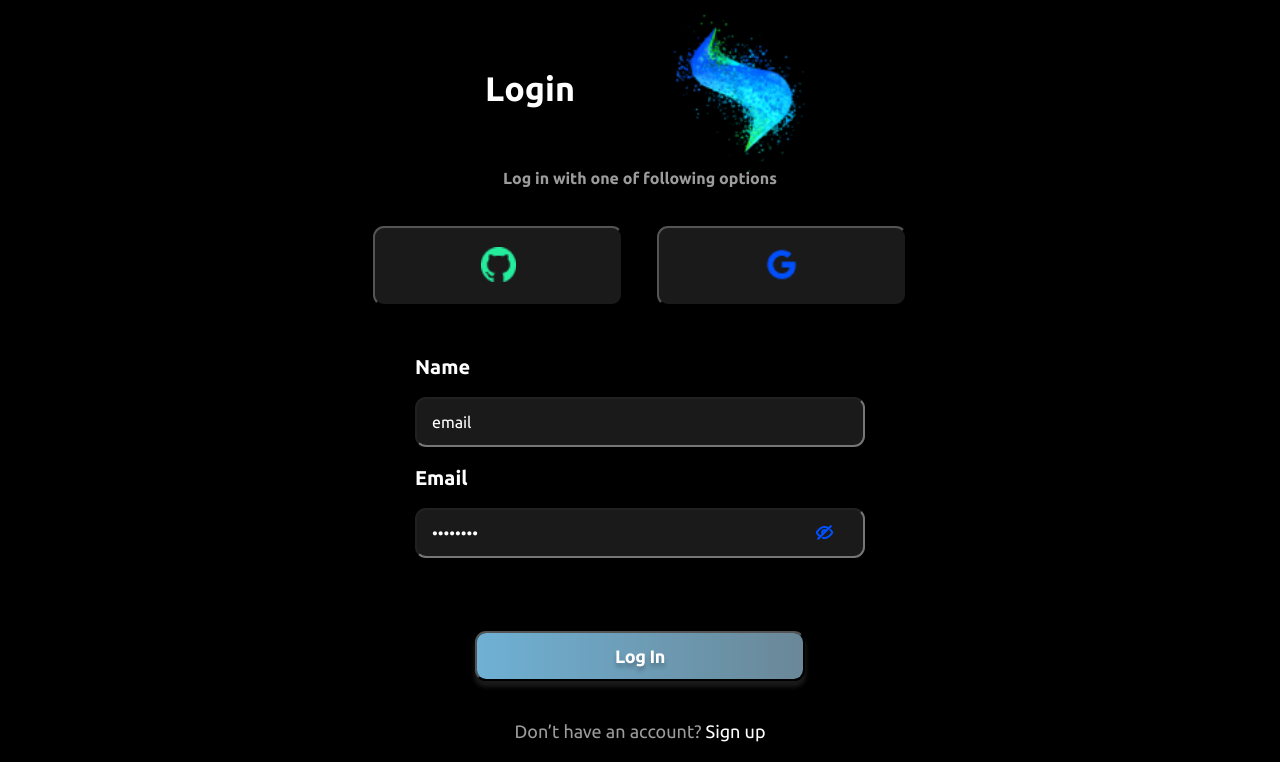
Repository: Cherced/QuanticFilms
Page: /login
An editor plug-in stored every save of this project. The page is shown before and after the next save, followed by the edit.
The browser window is 1280 px wide. The pictures show the whole page.
The page's requests for data from a server got no answer. The project was rebuilt for these pictures with package versions that can differ from the ones it lists, and the page was loaded fresh each time. The framework's server and built-in components were replaced by stand-ins that run in the browser. No one was signed in, and anything a server would have sent is missing. Also part of the build but not shown: components/atoms/HeaderFloat.jsx, components/atoms/InputBasicAccont.jsx, components/atoms/InputBasicAccontPassword.jsx.

Above is the page before, as saved 2022-06-10 11:48:46.

### pages/_app.js
import '../sass/global.scss'
import {SessionProvider} from 'next-auth/react'



function MyApp({ Component, pageProps }) {
  return <SessionProvider>
            <Component {...pageProps} />
        </SessionProvider>
  }

export default MyApp

### pages/login.jsx
import React from 'react'
import { ButtonColors } from '../components/atoms/ButtonColors'
import { HeaderFloat } from '../components/atoms/HeaderFloat'
import {ButtonsAccesBySM} from '../components/molecules/ButtonsAccesBySM'
import { LoginForm } from '../components/molecules/LoginForm'
import  { useRouter } from 'next/router'
import {useSession, signIn } from 'next-auth/react'


const Login = () => {

  const { data: session, status } = useSession()
  const router = useRouter();

  if(status !== 'loading' && status === 'authenticated'){
      router.push('/home')
  }

  return (
    <div className="loginContainer">
         <div className="headerLogin">
           <h1>Login</h1>
        <img src="/images/brandLogoHeader.png" alt="BrandLogo"/>
        </div>
        <p className="parragaphAccount">Log in with one of following options</p>
        <ButtonsAccesBySM pathG={()=> signIn('github')} pathGO={()=> signIn('google')} img1={"/images/mac.png"} img2={"/images/google.png"} alt="mediaLink" />
        <LoginForm />
        <div className="principalButtonLogin">
        <ButtonColors path={"customization"} title="Log In" />
        <p className="parragaphAccountLogin">Don’t have an account? <a onClick={() => router.push("signUp")}>Sign up</a></p>
        </div>
    </div>
  )
}

export default Login

### sass/global.scss
@import "./vars";
@import "./components";
@import "./pages/start";
@import "./pages/login";
@import "./pages/signUp";
@import "./pages/costumization";
@import "./pages/home";
@import "./pages/account";

### components/atoms/ButtonColors.jsx
import React from 'react'
import { useRouter } from 'next/router'

export const ButtonColors = (props) => {
    const router = useRouter()
  return (
    <button onClick={() => router.push(`/${props.path}`)}>{props.title}</button>
  )
}

### components/molecules/ButtonsAccesBySM.jsx
import React from 'react'
import { ButtonAccount } from '../atoms/ButtonAccount'

export const ButtonsAccesBySM = (props) => {
  return (
    <div className="buttonsAccesBySM">
        <ButtonAccount path={props.pathG} img={props.img1} alt={props.alt} />
        <ButtonAccount path={props.pathGO} img={props.img2} alt={props.alt} />
    </div>
  )
}

### components/molecules/LoginForm.jsx
import React from 'react'
import { InputBasicAccont } from '../atoms/InputBasicAccont'
import { InputBasicAccontPassword} from '../atoms/InputBasicAccontPassword'

export const LoginForm = () => {
  return (
    <form className="formContainer">
        <div className="inputBasicAccont">
        <h1>Name</h1>
        <input type="text" value="email" name="email" autoComplete="off"  />
        <h1>Email</h1>
        <div className="passwordInput">
        <input type="password" value="password" name="email" autoComplete="off" />
        <img src="/images/checkedPassword.png" alt="icon-check"/>
        </div>
        </div>

    </form>
  )
}

### sass/_vars.scss
@import url('https://fonts.googleapis.com/css2?family=Ubuntu:ital,wght@0,300;0,400;0,500;0,700;1,300;1,400;1,500;1,700&display=swap');

$FontTitle: 'Ubuntu', sans-serif;

*{
    margin: 0;
    padding: 0;
    box-sizing: border-box;
}

body{
    background: black;
}
// forms Position
.formContainer{
    margin-top: 25px;
    width: 100%;
    display: flex;
    flex-direction: column;
    align-items: center;

}

//pruebas::after

.pruebas{
    min-width: 100vw;
    min-height: 100vh;
    box-sizing: border-box;
    margin: auto;
    padding: 0px;
    display: flex;
    justify-content: center;
    align-items: center;
    flex-direction: column;
}

### sass/_components.scss
@import "./mixxins";
@import "./components/headerFloat";
@import "./components/buttonsAccesBySM";
@import "./components/inputBasicAccount";
@import "./components/welcomeAnimation";
@import "./components/FilterSearch";
@import "./components/buttonAddCategory";
@import "./components/sliderInfinite";
@import "./components/sliderSmallCase";
@import "./components/filterByOptions";
@import "./components/progressBar";
@import "./components/userInfo";
@import "./components/logOut";
@import "./components/footer";

### sass/_mixxins.scss
@mixin ButtonColors {
    button {
        width: 330px;
        height: 50px;
        background: linear-gradient(270deg, #000000, #15adff, #25ed9e, #313a35, #000000);
        background-size: 1000% 1000%;
        -webkit-animation: AnimationName 10s ease infinite;
        -moz-animation: AnimationName 10s ease infinite;
        animation: AnimationName 10s ease infinite;
        box-shadow: 0px 5px 4px 1px #1A1A1A, inset 0px 4px 4px 629px rgba(255, 255, 255, 0.4);
        border-radius: 11px;
        color: whitesmoke;
        font-family: $FontTitle;
        font-style: normal;
        font-weight: 700;
        font-size: 18px;
        line-height: 21px;
        letter-spacing: -0.02em;
        color: #FFFFFF;
        text-shadow: 0px 4px 4px rgba(0, 0, 0, 0.25);
    }

    @media screen and (max-width: 320px) {
        button {
            width: 280px;
        }
    }

    @media screen and (max-width: 320px) and (max-height: 372px) {
        button {
            width: 280px;
        }
    }

    @-webkit-keyframes AnimationName {
        0% {
            background-position: 0% 50%
        }

        50% {
            background-position: 100% 50%
        }

        100% {
            background-position: 0% 50%
        }
    }

    @-moz-keyframes AnimationName {
        0% {
            background-position: 0% 50%
        }

        50% {
            background-position: 100% 50%
        }

        100% {
            background-position: 0% 50%
        }
    }

    @keyframes AnimationName {
        0% {
            background-position: 0% 50%
        }

        50% {
            background-position: 100% 50%
        }

        100% {
            background-position: 0% 50%
        }
    }
}

### sass/components/_headerFloat.scss
.headerText {
    display: flex;
    align-items: center;
    height: 95px;
    padding: 20px 0 0 0;

    .headerNavText {
        margin: 0 20px;

        button {
            background-color: transparent;
            border-radius: 50px;
        }
    }

    h1 {
        font-family: 'Ubuntu';
        font-style: normal;
        font-weight: 700;
        font-size: 24px;
        line-height: 28px;
        /* identical to box height */


        color: #FFFFFF;

    }

    .BrandIcon {
        position: absolute;
        top: 10px;
        left: 226px;
        z-index: 1;
    }
}

.headerJustBack {
    display: flex;
    align-items: center;
    height: 55px;
    padding: 20px 0 0 0;

    .headerNavText {
        margin: 0 20px;

        button {
            background-color: transparent;
            border-radius: 50px;
        }
    }

    .BrandIcon {
        display: none;
    }
}

@media screen and (min-width: 375px) {
    .headerText {
        .BrandIcon {
            left: 210px;
        }
    }
}

### sass/components/_buttonsAccesBySM.scss
.buttonsAccesBySM {
    width: 100%;
    margin-top: 40px;
    display: flex;
    justify-content: space-evenly;

    button {
        width: 160px;
        height: 60px;
        background: rgba(255, 255, 255, 0.1);
        box-shadow: 0px 4px 4px rgba(0, 0, 0, 0.25);
        backdrop-filter: blur(4px);
        border-radius: 11px;
    }
}

@media screen and (max-width: 320px) {
    .buttonsAccesBySM {
        margin-top: 30px;
        justify-content: space-evenly;
        button {
            width: 140px;
        }
    }
}


@media screen and (min-width: 414px) {
    .buttonsAccesBySM {
        margin-top: 50px;
        justify-content: space-evenly;
        button {
            width: 180px;
            height: 70px;
            img{
                width: 30px;
            }
        }
    }
}


@media screen and (min-width: 768px) {
    .buttonsAccesBySM {
        margin-top: 80px;
        justify-content: space-evenly;
        button {
            width: 340px;
            height: 90px;
            img{
                width: 35px;
            }
        }
    }
}


@media screen and (min-width: 1024px) {
    .buttonsAccesBySM {
        margin-top: 40px;
        justify-content: space-evenly;
        width: 600px;
        button {
            width: 250px;
            height: 80px;
            img{
                width: 35px;
            }
        }
    }
}

### sass/components/_inputBasicAccount.scss
.inputBasicAccont {
    h1 {
        font-family: 'Ubuntu';
        font-style: normal;
        font-weight: 700;
        font-size: 18px;
        line-height: 21px;
        color: #FFFFFF;
        margin-top: 10px;
    }

    input {
        width: 330px;
        height: 40px;
        font-family: 'Ubuntu';
        font-style: normal;
        font-weight: 400;
        font-size: 14px;
        line-height: 16px;
        color: #FFFFFF;
        background: rgba(255, 255, 255, 0.1);
        box-shadow: 0px 4px 4px rgba(0, 0, 0, 0.25);
        backdrop-filter: blur(4px);
        border-radius: 11px;
        margin-top: 20px;
        padding-left: 15px;
    }

    .passwordInput {
        width: 330px;

        img {
            position: relative;
            right: -290px;
            top: -30px
        }

        input {
            width: 330px;
            height: 40px;
            font-family: 'Ubuntu';
            font-style: normal;
            font-weight: 400;
            font-size: 14px;
            line-height: 16px;
            color: #FFFFFF;
            background: rgba(255, 255, 255, 0.1);
            box-shadow: 0px 4px 4px rgba(0, 0, 0, 0.25);
            backdrop-filter: blur(4px);
            border-radius: 11px;
            margin-top: 20px;
            padding-left: 15px;
        }
    }
}

@media screen and (max-width: 320px) {
    .inputBasicAccont {
        input {
            width: 280px;
        }

        .passwordInput {
            width: 280px;

            img {
                position: relative;
                right: -245px;
                top: -30px
            }

            input {
                width: 280px;
            }
        }
    }

}


@media screen and (min-width: 414px) {
    .inputBasicAccont {
        input {
            width: 350px;
        }

        .passwordInput {
            width: 350px;

            img {
                position: relative;
                right: -310px;
                top: -30px
            }

            input {
                width: 350px;
            }
        }
    }

}


@media screen and (min-width: 768px) {
    .inputBasicAccont {
        h1 {
            margin-top: 20px;
            font-size: 20px;
        }

        input {
            width: 450px;
            height: 50px;
            font-size: 16px;
        }

        .passwordInput {
            width: 450px;

            img {
                position: relative;
                right: -400px;
                top: -35px
            }

            input {
                width: 450px;
                height: 50px;
                font-size: 16px;
            }
        }
    }
}

### sass/components/_FilterSearch.scss
.FilterSearch {
    width: 280px;
    height: 45px;
    box-shadow: 0px 4px 4px rgba(0, 0, 0, 0.25), 0px 4px 4px rgba(255, 255, 255, 0.25);
    border-radius: 18px;
    animation: shadownText 3s ease-in-out infinite;
    input {
        padding-left: 50px;
        width: 100%;
        height: 45px;
        background: #1A1A1A;
        box-shadow: 0px 4px 4px rgba(0, 0, 0, 0.25);
        backdrop-filter: blur(4px);
        border-radius: 22px;
        color: #FFFFFF;
    }

    button {
        width: 35px;
        height: 35px;
        position: relative;
        top: -40px;
        left: 10px;
        border-radius: 46px;

        img {
            background: #1A1A1A;
            width: 100%;
            height: 100%;
            border-radius: 20px;
        }

    }
}
@media screen and (min-width: 375px) {
    .FilterSearch{
        width: 300px;
    }

}


@media screen and (min-width: 768px) {
    .FilterSearch{
        width: 450px;
    }
}

### sass/components/_buttonAddCategory.scss
.PopularCategoriesContainer {
    width: 95%;
    height: auto;
    display: flex;
    flex-direction: row;
    flex-wrap: wrap;
    justify-content: space-evenly;

    .ButtonAddCategorie {
        display: flex;
        justify-content: space-evenly;
        align-items: center;
        width: auto;
        height: auto;
        background: #1A1A1A;
        box-shadow: 0px 4px 4px rgb(0 0 0 / 25%);
        border-radius: 30px;
        font-family: "Ubuntu", sans-serif;
        font-style: normal;
        font-weight: 500;
        font-size: 17px;
        line-height: 18px;
        text-align: center;
        letter-spacing: -0.165px;
        color: #FFFFFF;
        margin: 15px 0;
        padding: 5px;
        box-shadow: 0px 4px 4px rgba(0, 0, 0, 0.25), 0px 4px 4px rgba(255, 255, 255, 0.35);
        border-radius: 18px;
        animation: shadownText 10s ease-in-out infinite;
        img {
            padding-left: 20px;
        }

    }
}
@media screen and (min-width: 375px){
    .PopularCategoriesContainer{
        margin-top: 30px;
    }
}

@media screen and (min-width: 414px){
    .PopularCategoriesContainer{
        margin-top: 50px;
    }
}

### sass/components/_sliderInfinite.scss
.sliderInfiniteMoviesContainer {
    margin: 50px 0;
    width: 100%;
    max-width: 400px;
    overflow: hidden;

    .sliderContent {
        display: flex;
        width: 2000%;
        height: 400px;
        margin-left: -100%;
        .sliderContentItem__image {
            width: 100%;
            background: transparent;
            border: none;
            .sliderImg {
                display: block;
                width: 100%;
                height: 100%;
                object-fit: contain;
                border-radius: 200px;
            }
        }
    }

    .slider--BTN {
        position: relative;
        width: 40px;
        height: 40px;
        background: rgba(255, 255, 255, 0.7);
        top: 20px;
        transform: translateY(-50%);
        border-radius: 50%;
        cursor: pointer;
        z-index: 1;
        font-size: 30px;
        font-weight: bold;
        font-family: 'Ubuntu';
    }

    .slider--BTN:hover {
        background: rgba(255, 255, 255, 0.9);
    }

    .btn--lf {
        left: 50px;
    }

    .btn--rg {
        left: 250px;
    }
}

### sass/components/_filterByOptions.scss
.filterByOptionsContainer {
    width: 90%;
    display: flex;
    margin: 30px 0;


    .switchByOptions {
        background: transparent;
        border-radius: 50px;
        width: 32px;
        height: 32px;
        margin-left: 47%;
        transition: all 1.3s ease;
    }

    .filterSelectsThree {
        width: 0;
        display: flex;
        flex-direction: row;
        opacity: 0;
        justify-content: space-between;
        transition: 1s ease;
        .optionFilter {
            width: auto;
            height: 30px;
            padding: 0 8px;

            select {
                padding: 5px;
                border-radius: 30px;
                border: 1px solid transparent;
                width: 100%;
                height: 100%;
                color: #FFFFFF;
                background: #1A1A1A;
                box-shadow: 0px 4px 4px rgba(0, 0, 0, 0.25);
                animation: shadownText 5s ease-in-out infinite;
                background: #1A1A1A;
                box-shadow: 0px 4px 4px rgba(0, 0, 0, 0.25), inset 0px 4px 4px rgba(0, 0, 0, 0.25);
            }
        }

    }
}

### sass/components/_progressBar.scss

.container-bar {
	flex-direction: column;
	display: flex;
	align-items: center;
	justify-content: center;

}

.progress {
	background-color: rgba(37, 40, 54, 0.8);
	border-radius: 20px;
	position: relative;
	height: 43px;
	width: 308px;
    padding: 6px 8px 0 8px;
}

.progress-bar {
	background:#E7E1E1;
	border-radius: 20px;
	height: 30px;
	width: 0;
	transition: 1s ease 0.3s;
}

### sass/components/_userInfo.scss
.accountContent {
    padding: 0;
    margin: 0;
    width: 100%;
    height: 100%;
    margin-top: 20px;

    .userAvatar {
        display: flex;
        flex-direction: column;
        align-items: center;
        justify-content: center;

        img {
            width: 250px;
            height: 250px;
            border-radius: 50%;
            margin-bottom: 20px;
            object-fit: cover;
            box-shadow: 0px 5px 4px 1px #1A1A1A, inset 0px 4px 4px 629px rgba(255, 255, 255, 0.4);
        }

        h1 {
            color: #FFFFFF;
            font-family: 'Ubuntu';
            animation: shadownText 3s ease-in-out infinite;
        }

    }
}

### sass/components/_logOut.scss
.logOut{
    display: flex;
    flex-direction: row;
    align-items: center;
    justify-content: center;
    width: 300px;
    height: 100px;
    h1{
        margin-bottom: 30px;
        color: #FFFFFF;
        font-family: 'Ubuntu';
        animation: shadownText 3s ease-in-out infinite;
    }
    img{
        padding: 10px;
    }
}

### sass/components/_footer.scss
.footerContainer{
    margin-top: 35px;
    width: 100%;
    height: 70px;
    border-radius: 50px 50px 0 0;
    background-color: #1A1A1A;
    display: flex;
    justify-content: space-evenly;
    align-items: center;
    button{
        width: 40px;
        height: 40px;
        background-color: #1A1A1A;
        border-radius: 50%;
    }
}

### sass/pages/_costumization.scss
.customizationContainer {
    width: 100%;
    background-color: black;
    display: flex;
    flex-direction: column;
    align-items: center;
    color: white;

    .titleSelects {
        width: 100%;
        height: 50px;
        display: flex;
        align-items: flex-start;
        flex-direction: column;
        font-family: 'Ubuntu', sans-serif;
        font-style: normal;
        font-weight: 700;
        font-size: 20px;
        line-height: 18px;
        text-align: center;
        letter-spacing: -0.165px;
        color: #FFFFFF;
        padding-left: 30px;
        margin: 30px 0 5px 0;
    }

    .textIntroContainer {
        display: flex;
        justify-content: center;
        flex-direction: column;
        margin-top: 40px;

        h1 {
            color: white;
            font-family: 'Ubuntu';
            font-style: normal;
            font-weight: 700;
            font-size: 20px;
            line-height: 18px;
            text-align: center;
            letter-spacing: -0.165px;
            color: #FFFFFF;
            animation: shadownText 3s ease-in-out infinite;
        }


        .parragaphAccount {
            color: #9C9C9C;
            font-style: normal;
            font-weight: 400;
            font-size: 13px;
            line-height: 15px;
            font-family: 'Ubuntu', sans-serif;
            font-weight: bold;
            margin-top: 20px;
            padding: 20px 40px;
            text-align: center;
        }
    }

    .PopularActorsContainer {
        width: 100%;
        overflow-y: hidden;
        overflow-x: scroll;
        scroll-behavior: smooth;
        display: flex;
        flex-direction: row;
        align-items: center;
        justify-content: flex-start;

        .AutorShowerCard {
            height: 170px;
            margin: 0 20px;
            display: flex;
            flex-direction: column;
            align-items: center;
            justify-content: space-evenly;

            img {
                object-fit: cover;
                width: 79px;
                height: 79px;
                border-radius: 50%;
            }

            p {
                height: 40px;
                font-family: 'Ubuntu', sans-serif;
                font-style: normal;
                font-weight: 300;
                font-size: 12px;
                line-height: 18px;
                text-align: center;
                letter-spacing: -0.165px;
                color: #FFFFFF;
            }
        }
    }

    .nextButton {
        position: relative;
        right: -120px;
        margin: 25px 0;
        width: 65px;
        height: 65px;
        background: transparent;
        border-radius: 50%;
        background-image: url("../../public/images/next.png");
        background-size: cover;
        background-position: center;
        background-repeat: no-repeat;
        cursor: pointer;
    }

}

@media screen and (min-width: 390px) {
    .customizationContainer {
        .textIntroContainer {
            margin-top: 50px;
        }
    }
}

@media screen and (min-width: 414px) {
    .customizationContainer {
        .titleSelects {
            margin: 60px 0 10px;
        }

        .nextButton {
            margin: 20px;
        }
    }
}


@media screen and (min-width: 768px) {
    .customizationContainer {
        padding: 0 100px;

        .nextButton {
            right: -260px;
            margin: 30px;
        }
    }
}

### sass/pages/_home.scss
.homeContainer {
    display: flex;
    flex-direction: column;
    align-items: center;
    justify-content: space-evenly;
    min-height: 100vh;
    width: 100%;

    .headerHome{
        width: 100%;
        height: 120px;
        display: flex;
        align-items: center;
        justify-content: center;
        background-color: #1A1A1A;
        border-radius: 0 0 50px 50px;
        margin-bottom: 50px;
        animation: shadownText 3s ease-in-out infinite;
        .BRANDLOGO {
            z-index: 2;
            width: 120px;
            height: 120px;
        }

    }

}

### sass/pages/_account.scss
.accountContainer {
    min-height: 100vh;
    width: 100%;
    display: flex;
    flex-direction: column;
    align-items: center;
    justify-content: flex-start;

    .userOptions {
        display: flex;
        flex-direction: column;
        align-items: center;
        justify-content: center;
        @include ButtonColors;
        margin-top: 20px;

        :nth-child(2) {
            margin-top: 20px;
        }

        .container-bar {
            font-family: 'Ubuntu';
            font-style: normal;
            font-weight: 300;
            font-size: 15px;
            line-height: 18px;
            color: #FFFFFF;
            margin-top: 20px;

            p {
                margin-bottom: 5px;
            }

        }

        animation: shadownText 3s ease-in-out infinite;
    }

}

### components/atoms/ButtonAccount.jsx
import React from 'react'
import { useRouter } from 'next/router'

export const ButtonAccount = (props) => {
    const router = useRouter()
  return (
    <button onClick={props.path} > <img src={props.img} alt={props.alt} /></button>
  )
}

Loaded but not shown: sass/components/_welcomeAnimation.scss (782 lines, source omitted); sass/pages/_signUp.scss (511 lines, source omitted); sass/pages/_login.scss (293 lines, source omitted); sass/pages/_start.scss (196 lines, source omitted); sass/components/_sliderSmallCase.scss (158 lines, source omitted)

After the next save:
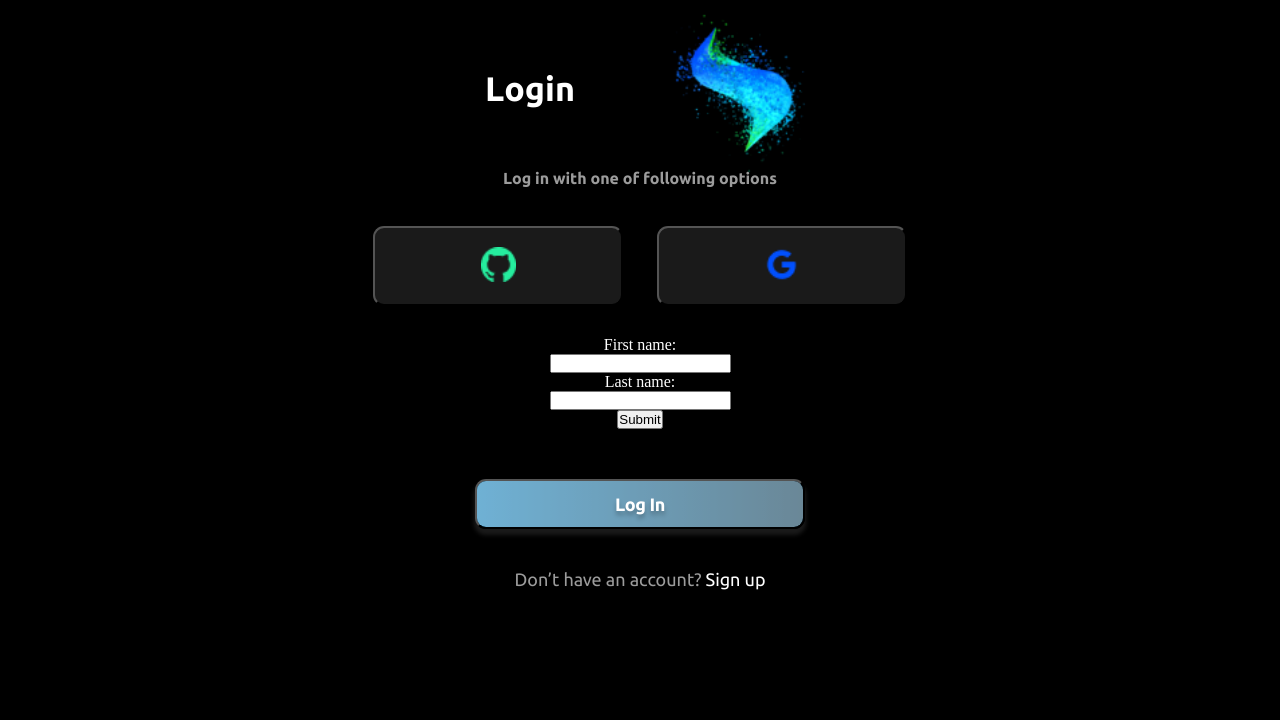
Saved 2 min 15 s later.
--- a/components/molecules/LoginForm.jsx
+++ b/components/molecules/LoginForm.jsx
@@ -5,16 +5,11 @@ import { InputBasicAccontPassword} from '../atoms/InputBasicAccontPassword'
 export const LoginForm = () => {
   return (
     <form className="formContainer">
-        <div className="inputBasicAccont">
-        <h1>Name</h1>
-        <input type="text" value="email" name="email" autoComplete="off"  />
-        <h1>Email</h1>
-        <div className="passwordInput">
-        <input type="password" value="password" name="email" autoComplete="off" />
-        <img src="/images/checkedPassword.png" alt="icon-check"/>
-        </div>
-        </div>
-
+        <label for="first">First name:</label>
+        <input type="text" id="first" name="first" />
+        <label for="last">Last name:</label>
+        <input type="text" id="last" name="last" />
+        <button type="submit">Submit</button>
     </form>
   )
 }
